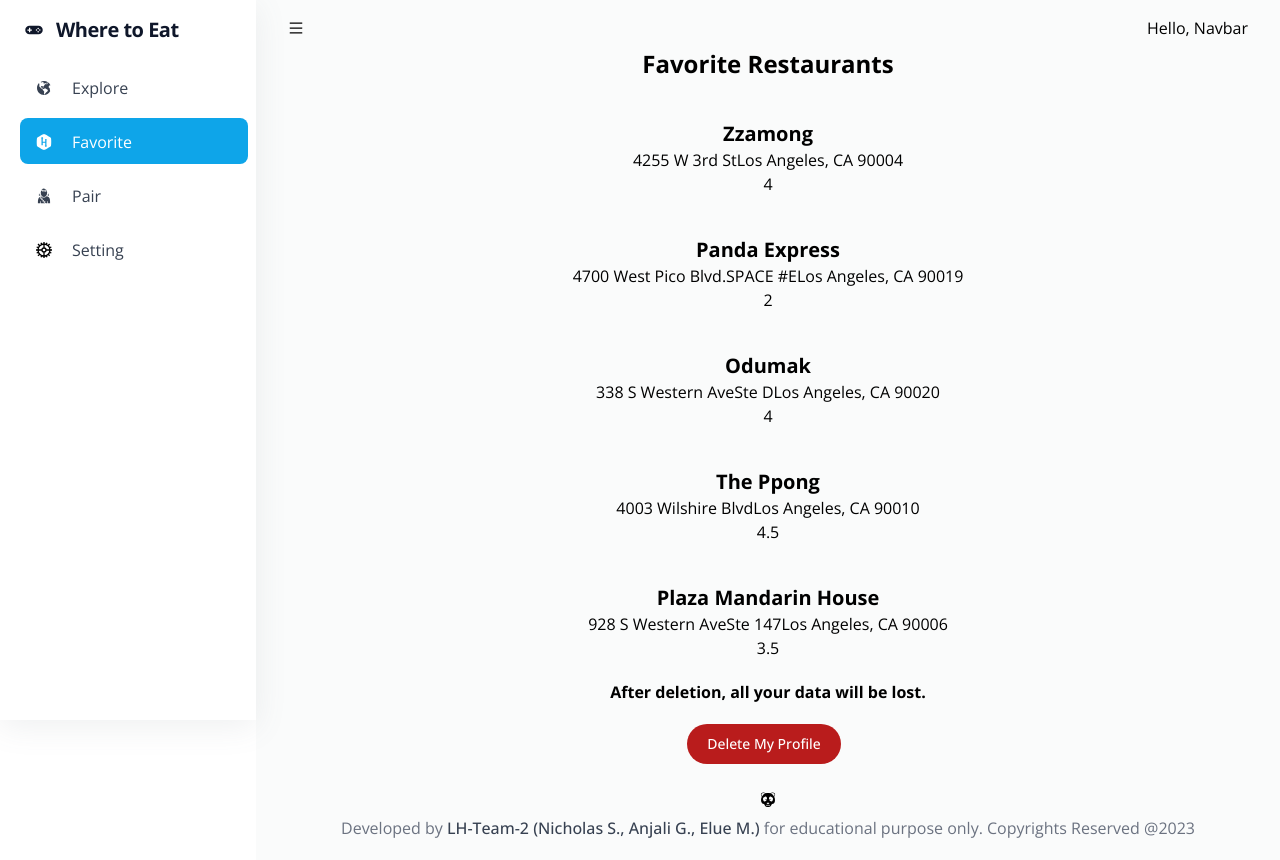
Repository: n-shen/where-to-eat
Page: /favorite (app in client/)
The author's editor kept a copy of each file at every save. The page is drawn from the files as they stood at one save, then again after the next save.
The browser window is 1280 px wide. The pictures show the whole page.
The page's requests for data from a server got no answer. The project was rebuilt for these pictures with package versions that can differ from the ones it lists, and the page was loaded fresh each time. No one was signed in, and anything a server would have sent is missing. Also part of the build but not shown: client/src/data/cities.js, client/src/components/SearchForm.jsx, client/src/components/SearchResult.jsx, client/src/components/room.jsx, client/src/components/Room/Chat.jsx, client/src/components/Room/Selection.jsx, client/src/components/Room/Intro.jsx, client/src/components/Room/Game.jsx and 5 more.

Above is the page before, as saved 2023-05-05 19:53:42.

### client/src/index.js
import React from "react";
import ReactDOM from "react-dom/client";
import "./index.css";
import App from "./App";
import { ContextProvider } from "./contexts/ContextProvider";

const root = ReactDOM.createRoot(document.getElementById("root"));
root.render(
  <ContextProvider>
    <App />
  </ContextProvider>
);

### client/src/index.css
@import url('https://fonts.googleapis.com/css2?family=Open+Sans:wght@400;500;600;700&display=swap');

body {
  margin: 0;
  padding:0;
  font-family: "Open Sans", sans-serif;
}

@tailwind base;
@tailwind components;
@tailwind utilities;

### client/src/App.js
import React, { useEffect } from "react";
import { BrowserRouter, Routes, Route } from "react-router-dom";

import { Navbar, Sidebar, RoomPage } from "./components";
import {Favorite, Home} from "./pages";

import { useStateContext } from "./contexts/ContextProvider";
import "./App.css";

// import axios from "axios";

function App() {
  const { shared_info, activeMenu } = useStateContext();

  // const baseURL = shared_info.baseURL;

  return (
      <div>
        <BrowserRouter>
          <div className="flex relative dark:bg-main-dark-bg">
            {activeMenu ? (
                <div className="w-64 fixed sidebar dark:bg-secondary-dark-bg bg-white">
                  <Sidebar />
                </div>
            ) : (
                <div className="w-0 dark:bg-secondary-dark-bg">
                  <Sidebar />
                </div>
            )}

            <div
                className={`dark:bg-main-bg bg-main-bg min-h-screen w-full ${
                    activeMenu ? "md:ml-64" : " flex-2"
                }`}
            >
              <div className="fixed md:static bg-main-bg dark:bg-main-dark-bg navbar w-full">
                <Navbar />
              </div>

              <div>
                <Routes>
                  <Route path="/" element={<Home />}></Route>
                  <Route path="/favorite" element={<Favorite />}></Route>
                  <Route path="/room" element={<RoomPage />}></Route>
                </Routes>
              </div>
            </div>
          </div>
        </BrowserRouter>
      </div>
  );
}

export default App;

### client/src/contexts/ContextProvider.jsx
import React, { createContext, useContext, useState } from "react";
import { io } from "socket.io-client";

const StateContext = createContext();

const shared_info = {
  serverURL: "http://localhost:8080",
  apiURL: "http://localhost:8080/api/v1",
};

const socket = io(shared_info.serverURL);

export const ContextProvider = ({ children }) => {
  const [screenSize, setScreenSize] = useState(undefined);
  const [activeMenu, setActiveMenu] = useState(true);
  const [userProfile, setUserProfile] = useState(undefined);
  const [gameBegin, setGameBegin] = useState(false);
  const [gameIntroBegin, setGameIntroBegin] = useState(false);
  const [selectionBegin, setSelectionBegin] = useState(false);
  const [waiting, setWaiting] = useState(false);
  const [partnerReady, setPartnerReady] = useState(false);
  const [partnerAction, setPartnerAction] = useState("");
  const [displayCross, setDisplayCross] = useState(false);
  const [displayFinal, setDisplayFinal] = useState("");

  const [localStore, setLocalStore] = useState(null);

  const [queryResults, setQueryResults] = useState(null);

  return (
    <StateContext.Provider
      value={{
        socket,
        shared_info,
        userProfile,
        setUserProfile,
        activeMenu,
        setActiveMenu,
        screenSize,
        setScreenSize,
        selectionBegin,
        setSelectionBegin,
        waiting,
        setWaiting,
        gameIntroBegin,
        setGameIntroBegin,
        gameBegin,
        setGameBegin,
        partnerReady,
        setPartnerReady,
        partnerAction,
        setPartnerAction,
        displayCross,
        setDisplayCross,
        displayFinal,
        setDisplayFinal,
        queryResults,
        setQueryResults,
        localStore,
        setLocalStore,
      }}
    >
      {children}
    </StateContext.Provider>
  );
};

export const useStateContext = () => useContext(StateContext);

### client/src/components/index.js
export { default as Navbar } from "./Navbar";
export { default as Sidebar } from "./Sidebar";
export { default as Footer } from "./Footer";
export { default as SearchForm } from "./SearchForm";
export { default as SearchResult } from "./SearchResult";
export { default as RoomPage } from "./room";
export { default as Room } from "./Room/Room";

### client/src/pages/index.jsx
export { default as Home } from "./Home";
export { default as Favorite } from "./Favorite";

### client/src/App.css
.sidebar {
  box-shadow: rgb(113 122 131 / 11%) 0px 7px 30px 0px;
}
.nav-item,
.navbar {
  z-index: 10000;
}
@media  screen and (max-width:800px) {
  .sidebar{
    z-index: 10000000;
  }
}

.e-dlg-center-center, .e-quick-popup-wrapper.e-device{
  z-index: 1000000 !important;
}

::-webkit-scrollbar {
  width: 6px;
}
::-webkit-scrollbar-thumb {
  background-color: rgb(216, 216, 216);
  border-radius: 40px;
}
::-webkit-scrollbar-track {
  background-color: transparent;
}

/* color-picker style  */

#preview {
  background: transparent
  url('https://ej2.syncfusion.com/react/demos/src/color-picker/images/pen.png')
  no-repeat;
  display: inline-block;
  height: 80px;
  margin: 10px 0;
  min-width: 300px;
  max-width: 600px;
  background-color: #008000;
}

.e-input-group:not(.e-float-icon-left), .e-input-group.e-success:not(.e-float-icon-left), .e-input-group.e-warning:not(.e-float-icon-left), .e-input-group.e-error:not(.e-float-icon-left), .e-input-group.e-control-wrapper:not(.e-float-icon-left), .e-input-group.e-control-wrapper.e-success:not(.e-float-icon-left), .e-input-group.e-control-wrapper.e-warning:not(.e-float-icon-left), .e-input-group.e-control-wrapper.e-error:not(.e-float-icon-left){
  border: none;
}

### client/src/components/Navbar.jsx
import React, { useEffect } from "react";
import { useStateContext } from "../contexts/ContextProvider";
import { AiOutlineMenu } from "react-icons/ai";

const Navbar = () => {
    const { activeMenu, setActiveMenu, setScreenSize, screenSize, userProfile } =
        useStateContext();

    useEffect(() => {
        const handleResize = () => setScreenSize(window.innerWidth);

        window.addEventListener("resize", handleResize);

        handleResize();

        return () => window.removeEventListener("resize", handleResize);
    }, [setScreenSize]);

    useEffect(() => {
        if (screenSize <= 900) {
            setActiveMenu(false);
        } else {
            setActiveMenu(true);
        }
    }, [screenSize, setScreenSize, setActiveMenu]);

    const handleActiveMenu = () => setActiveMenu(!activeMenu);

    return (
        <div className="mt-2 flex justify-between p-2 md:ml-6 md:mr-6 relative">
            <button onClick={handleActiveMenu}>
                <AiOutlineMenu />
            </button>
            <div>
                <p className={screenSize >= 900 ? "" : "text-xs"}>Hello, Navbar</p>
                {userProfile && (
                    <div className="flex items-center gap-2 p-1 rounded-lg text-right">
                        <p className={screenSize >= 900 ? "" : "text-xs"}>
                            <span className="text-gray-400 text-14">Hi,</span>{" "}
                            <span className="text-gray-400 font-bold ml-1 text-14">
                {userProfile["name"]}
              </span>{" "}
                            <span className="text-gray-400 text-14">from</span>
                            <span className="text-gray-400 font-bold ml-1 text-14">
                {userProfile["city"]}
              </span>{" "}
                        </p>
                    </div>
                )}
            </div>
        </div>
    );
};

export default Navbar;

### client/src/components/Sidebar.jsx
import React from "react";
import { Link, NavLink } from "react-router-dom";
import { GiEarthAmerica, GiFrankensteinCreature } from "react-icons/gi";
import { GrSettingsOption } from "react-icons/gr";
import { IoLogoGameControllerA } from "react-icons/io";
import { FaHackerrank } from "react-icons/fa";
import { MdOutlineCancel } from "react-icons/md";
import { useStateContext } from "../contexts/ContextProvider";

const Sidebar = () => {
    const { activeMenu, setActiveMenu, screenSize } = useStateContext();

    const handleCloseSideBar = () => {
        if (activeMenu !== undefined && screenSize <= 900) {
            setActiveMenu(false);
        }
    };

    const activeLink =
        "flex items-center gap-5 pl-4 pt-3 pb-2.5 rounded-lg text-white text-md m-2 bg-sky-500/100";
    const normalLink =
        "flex items-center gap-5 pl-4 pt-3 pb-2.5 rounded-lg text-md text-gray-700 dark:text-gray-200 dark:hover:text-black hover:bg-light-gray m-2";

    return (
        <div className="ml-3 h-screen md:overflow-hidden overflow-auto md:hover:overflow-auto pb-10">
            {activeMenu && (
                <>
                    <div className="flex justify-between items-center">
                        <Link
                            to="/"
                            onClick={handleCloseSideBar}
                            className="items-center gap-3 ml-3 mt-4 flex text-xl font-extrabold tracking-tight dart:text-white text-slate-900"
                        >
                            <IoLogoGameControllerA />
                            <span>Where to Eat</span>
                        </Link>

                        <div>
                            <button
                                type="button"
                                onClick={() => setActiveMenu(!activeMenu)}
                                className="text-xl rounded-full p-3 hover:bg-light-gray mt-4 block md:hidden"
                            >
                                <MdOutlineCancel />
                            </button>
                        </div>
                    </div>
                    <div className="mt-5">
                        <NavLink
                            to="/"
                            key="Home"
                            onClick={handleCloseSideBar}
                            className={({ isActive }) => (isActive ? activeLink : normalLink)}
                        >
                            <GiEarthAmerica />
                            <span>Explore</span>
                        </NavLink>

                        <NavLink
                            to="/favorite"
                            key="Favorite"
                            onClick={handleCloseSideBar}
                            className={({ isActive }) => (isActive ? activeLink : normalLink)}
                        >
                            <FaHackerrank />
                            <span>Favorite</span>
                        </NavLink>

                        <NavLink
                            to="/room"
                            key="RoomPage"
                            onClick={handleCloseSideBar}
                            className={({ isActive }) => (isActive ? activeLink : normalLink)}
                        >
                            <GiFrankensteinCreature />
                            <span>Pair</span>
                        </NavLink>

                        <NavLink
                            to="/setting"
                            key="Setting"
                            onClick={handleCloseSideBar}
                            className={({ isActive }) => (isActive ? activeLink : normalLink)}
                        >
                            <GrSettingsOption />
                            <span>Setting</span>
                        </NavLink>
                    </div>
                </>
            )}
        </div>
    );
};

export default Sidebar;

### client/src/components/Footer.jsx
import React from "react";
import { GiPanda } from "react-icons/gi";

const Footer = () => {
    return (
        <div className="mt-5 mb-5 ">
            <div className="flex justify-center mb-2">
                <GiPanda />
            </div>

            <p className="text-center text-gray-500 dark:text-gray-400">
                Developed by{" "}
                <span className="font-medium text-gray-700 dark:text-blue-500 hover:no-underline">
          LH-Team-2 (Nicholas S., Anjali G., Elue M.)
        </span>{" "}
                for educational purpose only. Copyrights Reserved @2023
            </p>
        </div>
    );
};

export default Footer;

### client/src/pages/Favorite.jsx
import React, { useState } from "react";
import { useStateContext } from "../contexts/ContextProvider";
import { Footer } from "../components";
import axios from "axios";

export const restaurants = [
  {
    id: 1,
    name: "Zzamong",
    image:
      "https://s3-media2.fl.yelpcdn.com/bphoto/6AUVIwPCv8wCZ9FYeCfocw/o.jpg",
    address: ["4255 W 3rd St", "Los Angeles, CA 90004"],
    rating: "4",
  },
  {
    id: 2,
    name: "Panda Express",
    image:
      "https://s3-media4.fl.yelpcdn.com/bphoto/44dT6JEXkhMrtUcps1a5jw/o.jpg",
    address: ["4700 West Pico Blvd.", "SPACE #E", "Los Angeles, CA 90019"],
    rating: "2",
  },
  {
    id: 3,
    name: "Odumak",
    image:
      "https://s3-media1.fl.yelpcdn.com/bphoto/hKaezVO6_0F50RXmfH7WBQ/o.jpg",
    address: ["338 S Western Ave", "Ste D", "Los Angeles, CA 90020"],
    rating: "4",
  },
  {
    id: 4,
    name: "The Ppong",
    image:
      "https://s3-media3.fl.yelpcdn.com/bphoto/Li5i5N_Y7VwLTsJvLA2pKw/o.jpg",
    address: ["4003 Wilshire Blvd", "Los Angeles, CA 90010"],
    rating: "4.5",
  },
  {
    id: 5,
    name: "Plaza Mandarin House",
    image:
      "https://s3-media1.fl.yelpcdn.com/bphoto/1nVrf8ItPD0dF_97JGQEzw/o.jpg",
    address: ["928 S Western Ave", "Ste 147", "Los Angeles, CA 90006"],
    rating: "3.5",
  },
];

const Favorite = () => {
  const { shared_info, screenSize, userProfile } = useStateContext();
  const baseURL = shared_info.baseURL;

  return (
    <div className={screenSize >= 900 ? "mt-0" : "mt-16"}>
      <h1 className="text-center font-bold text-2xl mb-5">
        Favorite Restaurants
      </h1>
      <FavoriteList />
      <h2 className="text-center font-bold">
        After deletion, all your data will be lost.
      </h2>
      <div className="flex justify-center">
        <button
          type="button"
          className="mt-5 text-white bg-red-700 hover:bg-red-800 focus:outline-none focus:ring-4 focus:ring-red-300 font-medium rounded-full text-sm px-5 py-2.5 text-center mr-2 mb-2 dark:bg-red-600 dark:hover:bg-red-700 dark:focus:ring-red-900"
        >
          Delete My Profile
        </button>
      </div>

      <Footer />
    </div>
  );
};

export default Favorite;

export const FavoriteList = () => {
  return (
    // <div className="flex flex-col items-center justify-center">
      <ul className="flex flex-col items-center justify-center">
        {restaurants.map((restaurant, index) => (
          <li
            key={index}
            className="flex flex-col items-center justify-center m-5"
          >
            <h2
              htmlFor={restaurant.name}
              className="text-xl font-bold text-center"
            >
              {restaurant.name}
            </h2>
            <p>{restaurant.address}</p>
            <p>{restaurant.rating}</p>
          </li>
        ))}
      </ul>
    // </div>
  );
};

### client/tailwind.config.js
/** @type {import('tailwindcss').Config} */
module.exports = {
    content: ["./src/**/*.{js,jsx,ts,tsx}"],
    darkMode: "class",
    theme: {
        fontFamily: {
            display: ["Open Sans", "sans-serif"],
            body: ["Open Sans", "sans-serif"],
        },
        extend: {
            fontSize: {
                14: "14px",
            },
            backgroundColor: {
                "main-bg": "#FAFBFB",
                "main-dark-bg": "#20232A",
                "secondary-dark-bg": "#33373E",
                "light-gray": "#F7F7F7",
                "half-transparent": "rgba(0, 0, 0, 0.5)",
            },
            borderWidth: {
                1: "1px",
            },
            borderColor: {
                color: "rgba(0, 0, 0, 0.1)",
            },
            width: {
                400: "400px",
                760: "760px",
                780: "780px",
                800: "800px",
                1000: "1000px",
                1200: "1200px",
                1400: "1400px",
            },
            height: {
                80: "80px",
            },
            minHeight: {
                590: "590px",
            },
        },
    },
    plugins: [],
};

Loaded but not shown: client/public/index.html (common file)

After the next save:
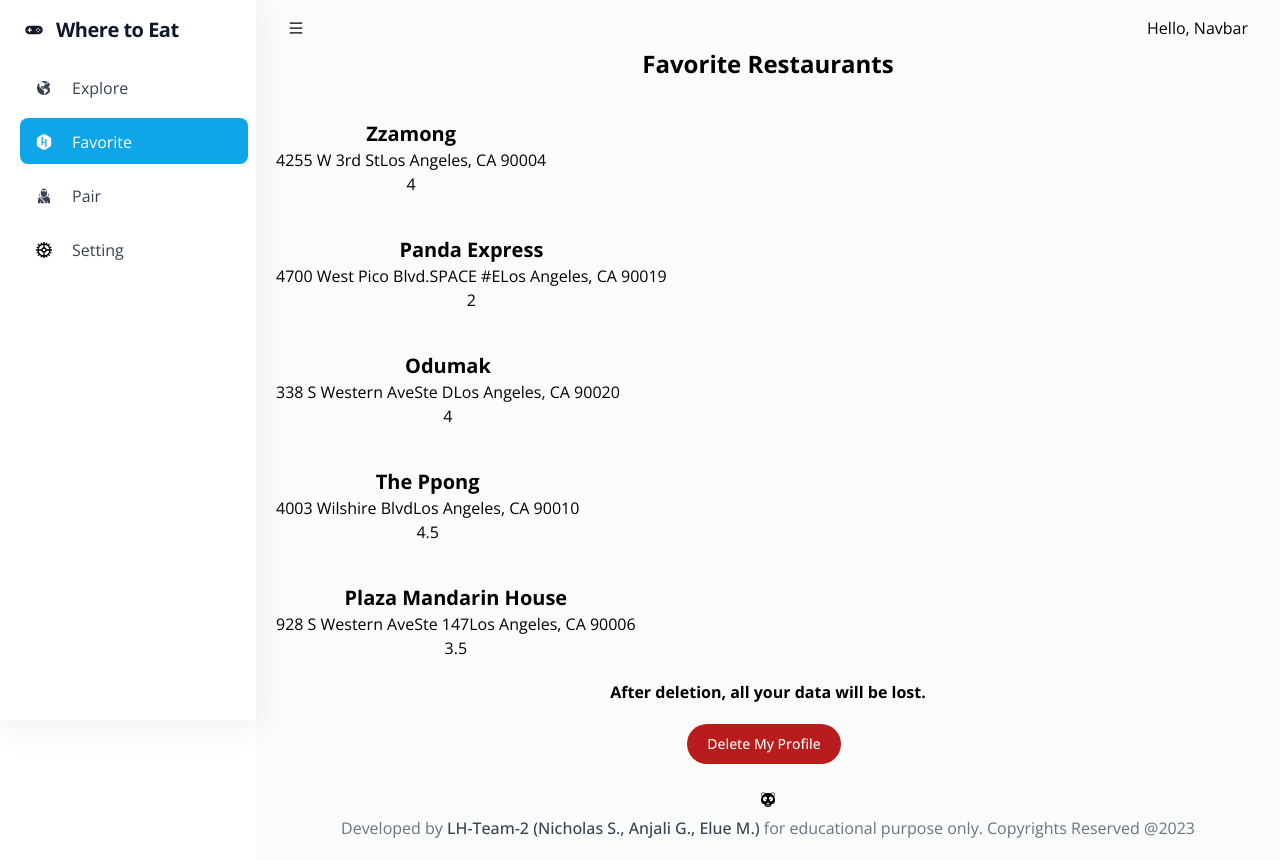
Saved 11 s later.
--- a/client/src/pages/Favorite.jsx
+++ b/client/src/pages/Favorite.jsx
@@ -78,7 +78,7 @@
 export const FavoriteList = () => {
   return (
     // <div className="flex flex-col items-center justify-center">
-      <ul className="flex flex-col items-center justify-center">
+      <ul className="flex flex-col items-start justify-center">
         {restaurants.map((restaurant, index) => (
           <li
             key={index}
